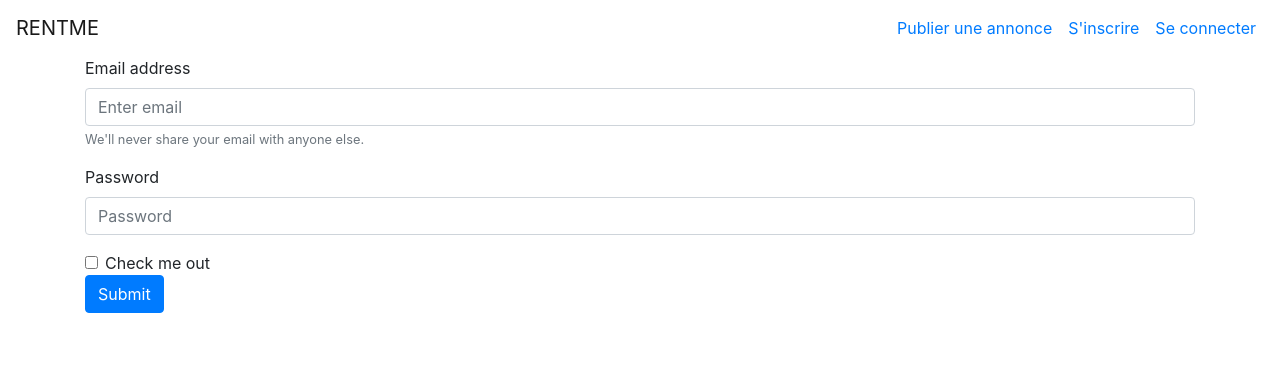
Repository: johan1412/rentme-front
Page: /register
An editor plug-in stored every save of this project. The page is shown before and after a run of saves, followed by the edit.
The browser window is 1280 px wide. The pictures show the whole page.
The project was rebuilt for these pictures with package versions that can differ from the ones it lists, and the page was loaded fresh each time. Also part of the build but not shown: vue.config.js, src/components/auth/Login.vue, src/components/Home.vue.

Above is the page before, as saved 2021-12-14 19:09:36.

### src/main.js
import Vue from "vue";
import App from "./App.vue";
import VueRouter from 'vue-router'
import Login from './components/auth/Login.vue'
import Register from './components/auth/Register.vue'

import HomePage from './components/Home.vue'
import { BootstrapVue, IconsPlugin } from 'bootstrap-vue'

// Import Bootstrap an BootstrapVue CSS files (order is important)
import 'bootstrap/dist/css/bootstrap.css'
import 'bootstrap-vue/dist/bootstrap-vue.css'

// Make BootstrapVue available throughout your project
Vue.use(BootstrapVue)
// Optionally install the BootstrapVue icon components plugin
Vue.use(IconsPlugin)

Vue.config.productionTip = false;

Vue.use(VueRouter)


const routes = [
  { path: '/', component: HomePage },
  { path: '/login', component: Login },
  { path: '/register', component: Register },
]

const router = new VueRouter({
  routes,
  history : true,
  mode : 'history'
})


new Vue({
  render: (h) => h(App),
  router
}).$mount("#app");

### src/App.vue
<template>
  <router-view />
</template>
<script>
export default {
  name: "App"
};
</script>

<style>

</style>

### src/components/auth/Register.vue
<template>
<div>
  <nav-bar />
  <div class="container m-auto">
    <form>
        <div class="form-group">
          <label for="exampleInputEmail1">Email address</label>
          <input type="email" class="form-control" id="exampleInputEmail1" aria-describedby="emailHelp" placeholder="Enter email">
          <small id="emailHelp" class="form-text text-muted">We'll never share your email with anyone else.</small>
        </div>
        <div class="form-group">
          <label for="exampleInputPassword1">Password</label>
          <input type="password" class="form-control" id="exampleInputPassword1" placeholder="Password">
        </div>
        <div class="form-check">
          <input type="checkbox" class="form-check-input" id="exampleCheck1">
          <label class="form-check-label" for="exampleCheck1">Check me out</label>
        </div>
        <button type="submit" class="btn btn-primary">Submit</button>
    </form>
  </div>
</div>
</template>

<script>
import NavBar from '../layouts/NavBar.vue';
export default {
  name: "Register",
  components: {
    NavBar,
  },

};
</script>

### src/components/layouts/NavBar.vue
<template>
<div>
  <b-navbar toggleable="lg" type="light" variant="white">
    <b-navbar-brand href="#" class="m">RENTME</b-navbar-brand>
    <b-collapse id="nav-collapse" is-nav>
      <b-navbar-nav class="ml-auto">
        <b-nav-item><router-link to="register">Publier une annonce</router-link></b-nav-item>
        <b-nav-item><router-link to="register">S'inscrire</router-link></b-nav-item>
        <b-nav-item><router-link to="login">Se connecter</router-link></b-nav-item>
      </b-navbar-nav>
    </b-collapse>
  </b-navbar>
</div>
</template>
<script>

export default {
  name: "NavBar"
};
</script>

Loaded but not shown: public/index.html (common file)

After the next 2 saves:
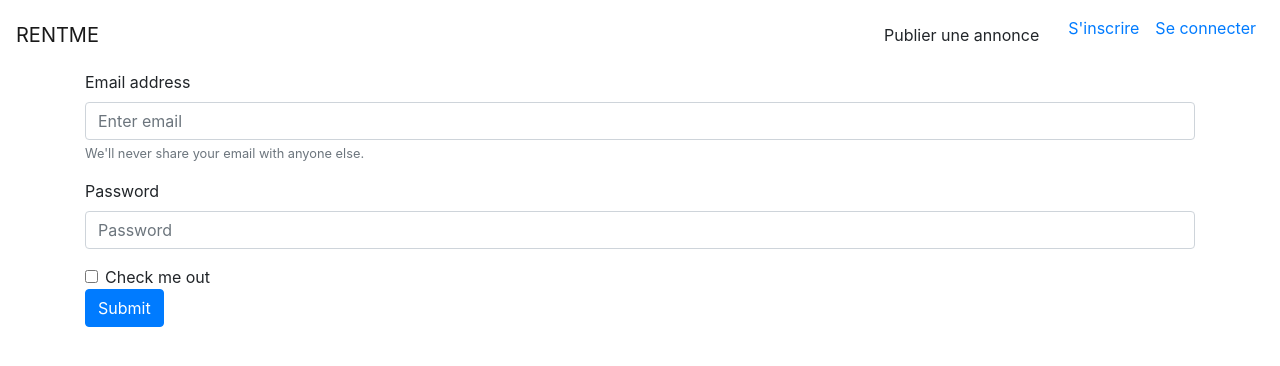
The 2 saves are shown as one change because they came seconds apart.
The last was saved 6 s later.
--- a/src/components/layouts/NavBar.vue
+++ b/src/components/layouts/NavBar.vue
@@ -4,7 +4,7 @@
     <b-navbar-brand href="#" class="m">RENTME</b-navbar-brand>
     <b-collapse id="nav-collapse" is-nav>
       <b-navbar-nav class="ml-auto">
-        <b-nav-item><router-link to="register">Publier une annonce</router-link></b-nav-item>
+        <b-nav-item><router-link class="btn btn-default" to="register">Publier une annonce</router-link></b-nav-item>
         <b-nav-item><router-link to="register">S'inscrire</router-link></b-nav-item>
         <b-nav-item><router-link to="login">Se connecter</router-link></b-nav-item>
       </b-navbar-nav>
